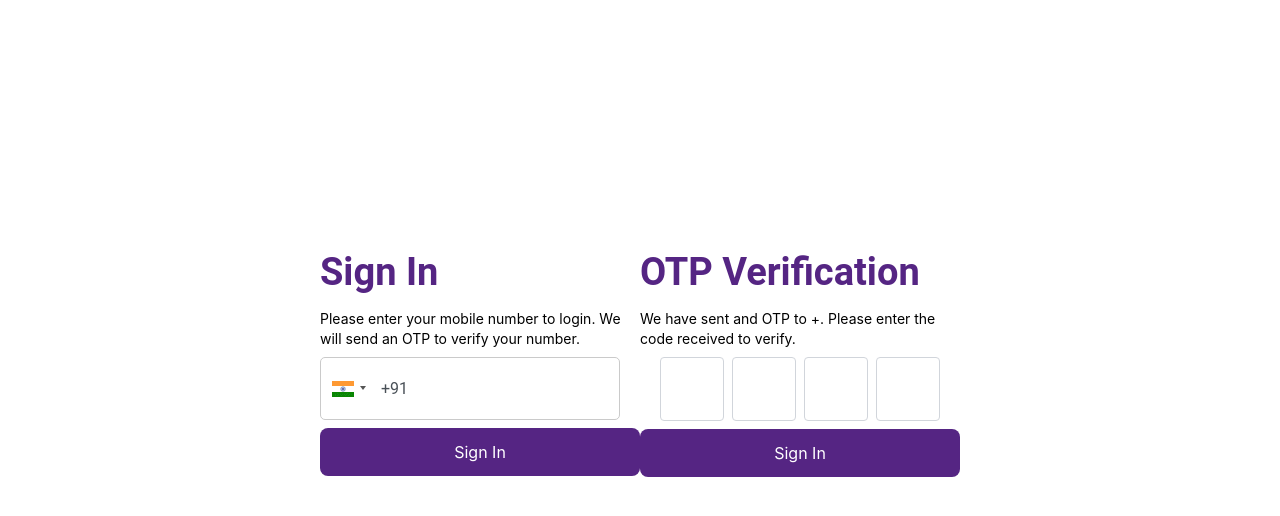
Repository: jayaprakash27/helloar-task
Page: /
These files come from the project's save history. The page is drawn as it stood at one moment and after the next save; the edit follows.
The browser window is 1280 px wide. The pictures show the whole page.
The project was rebuilt for these pictures with package versions that can differ from the ones it lists, and the page was loaded fresh each time.

Above is the page before, as saved 2023-10-27 00:10:41.

### src/App.js
import { Login } from "./components";

function App() {
  return (
    <>
    <Login />
    </>
  );
}

export default App;

### src/components/Login.jsx
import React, { useState } from "react";
import "./login.css";
import PhoneInput from "react-phone-input-2";
import "react-phone-input-2/lib/bootstrap.css";

function Login() {
  const [phoneNumber, setPhoneNumber] = useState("");

  const handleLogin = () => {
    const apiEndpoint = "https://dev.api.goongoonalo.com/v1/auth/login";
    const requestBody = {
      phoneNumber: "+" + phoneNumber,
    };

    fetch(apiEndpoint, {
      method: "POST",
      headers: {
        "Content-Type": "application/json",
      },
      body: JSON.stringify(requestBody),
    })
      .then((response) => {
        if (response.ok) {
          return response.json();
        } else {
          // Handle API errors here
          throw new Error("Failed to send OTP");
        }
      })
      .then((data) => {
        // Handle the API response data
        console.log("OTP sent successfully:", data);

        // You can add code here to navigate to the OTP verification page or perform the next step as needed.
      })
      .catch((error) => {
        // Handle any error that occurred during the API request
        console.error("Error sending OTP:", error);
      });
  };

  const [otp, setOtp] = useState(["", "", "", ""]);
  const expectedOtp = "1234";

  const handleInputChange = (index, value) => {
    if (!isNaN(value) && value.length <= 1) {
      const updatedOtp = [...otp];
      updatedOtp[index] = value;
      setOtp(updatedOtp);
    }
  };

  const verifyOtp = () => {
    const enteredOtp = otp.join("");
    if (enteredOtp === expectedOtp) {
      alert("OTP is correct. You are verified.");
    } else {
      alert("OTP is incorrect. Please try again.");
    }
  };

  return (
    <div className="login-page">
      <div className=" login-box flex flex-col w-80 items-center gap-2 justify-center">
        <h1 className=" text-primary-color w-full text-left font-semibold"> Sign In</h1>
        <p className=" text-sm">
          Please enter your mobile number to login. We will send an OTP to
          verify your number.
        </p>
        <PhoneInput
          country={"in"}
          enableSearch={true}
          value={phoneNumber}
          containerClass=" w-full"
          onChange={(phoneNumber) => setPhoneNumber(phoneNumber)}
        />
        <button
          onClick={handleLogin}
          className=" w-full rounded-lg p-3 hover:bg-purple-600  bg-primary-color text-white"
        >
          {" "}
          Sign In{" "}
        </button>
      </div>
      <div className=" login-box flex flex-col w-80 gap-2 items-center justify-center">
        <h1 className=" text-primary-color text-left w-full font-semibold">OTP Verification</h1>
        <p className=" text-sm">
          We have sent and OTP to +{phoneNumber}. Please enter the code received
          to verify.
        </p>
        <div className="otp-input flex space-x-2">
          {otp.map((digit, index) => (
            <input
              key={index}
              type="text"
              value={digit}
              onChange={(e) => handleInputChange(index, e.target.value)}
              maxLength="1"
              className="w-16 h-16 border border-gray-300 rounded text-3xl text-center"
            />
          ))}
        </div>
        <button
          onClick={handleLogin}
          className=" w-full rounded-lg p-3 hover:bg-purple-600  bg-primary-color text-white"
        >
          {" "}
          Sign In{" "}
        </button>
      </div>
    </div>
  );
}

export default Login;

### src/components/login.css
.login-page{
    background-color: white;
    width: 100vw;
    height: 100vh;
    display: flex;
    justify-content: center;
    align-items: center;
}
.login-box h1 {
  font-family: Roboto;
  font-size: 38px;
}

### tailwind.config.js
/** @type {import('tailwindcss').Config} */
module.exports = {
  content: [
    "./src/**/*.{js,jsx,ts,tsx}",
  ],
  theme: {
    extend: {
      colors: {
        "primary-color": "#552583",
      }
    },
  },
  plugins: [],
}

Loaded but not shown: public/index.html (common file); src/index.js (common file); src/index.css (common file); src/components/index.js (common file)

After the next save:
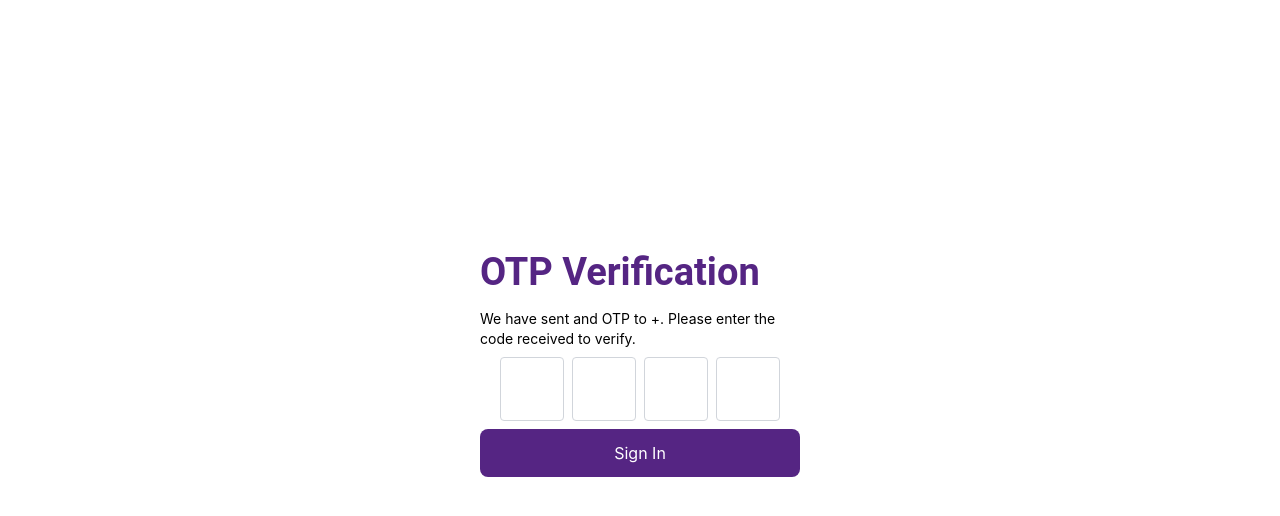
Saved 110 s later.
--- a/src/components/Login.jsx
+++ b/src/components/Login.jsx
@@ -5,6 +5,7 @@ import "react-phone-input-2/lib/bootstrap.css";
 
 function Login() {
   const [phoneNumber, setPhoneNumber] = useState("");
+  const [otpSent, setOtpSent] = useState(false);
 
   const handleLogin = () => {
     const apiEndpoint = "https://dev.api.goongoonalo.com/v1/auth/login";
@@ -61,6 +62,7 @@ function Login() {
 
   return (
     <div className="login-page">
+        { otpSent ?
       <div className=" login-box flex flex-col w-80 items-center gap-2 justify-center">
         <h1 className=" text-primary-color w-full text-left font-semibold"> Sign In</h1>
         <p className=" text-sm">
@@ -81,7 +83,7 @@ function Login() {
           {" "}
           Sign In{" "}
         </button>
-      </div>
+      </div> :
       <div className=" login-box flex flex-col w-80 gap-2 items-center justify-center">
         <h1 className=" text-primary-color text-left w-full font-semibold">OTP Verification</h1>
         <p className=" text-sm">
@@ -108,6 +110,7 @@ function Login() {
           Sign In{" "}
         </button>
       </div>
+      }
     </div>
   );
 }
